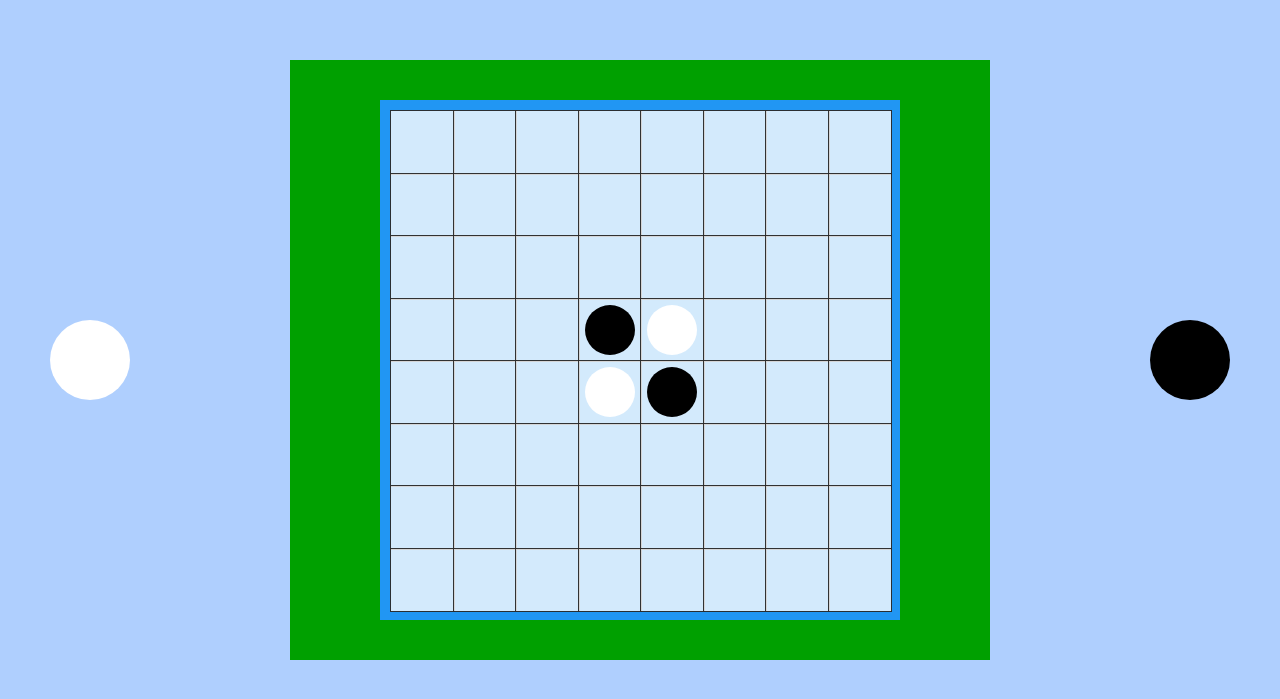
Repository: eliaoucohen72/react-reversi
Page: /
The author's editor kept a copy of each file at every save. The page is drawn from the files as they stood at one save, then again after the next save.
The browser window is 1280 px wide. The pictures show the whole page.
The project was rebuilt for these pictures with package versions that can differ from the ones it lists, and the page was loaded fresh each time. Also part of the build but not shown: vite.config.ts.

Above is the page before, as saved 2024-09-05 16:14:02.

### src/App.tsx
import { CSSProperties, useState } from "react";
import "./App.css";
import style from "./style";

type Player = "black" | "white";

// Fonction pour vérifier et retourner les pions capturés
const flipPieces = (
  board: string[],
  index: number,
  player: Player
): string[] => {
  const directions = [-1, 1, -8, 8, -9, 9, -7, 7];
  const opponent = player === "black" ? "white" : "black";
  const newBoard = [...board]; // Copier le plateau

  for (const direction of directions) {
    let i = index + direction;
    const toFlip = []; // Pions à retourner

    while (i >= 0 && i < 64 && board[i] === opponent) {
      toFlip.push(i); // Ajouter les positions des pions adverses
      i += direction;
    }

    // Si on trouve un pion du joueur à la fin de la ligne d'adversaires
    if (i >= 0 && i < 64 && board[i] === player) {
      toFlip.forEach((pos) => {
        newBoard[pos] = player; // Retourner les pions
      });
    }
  }

  return newBoard;
};

// Fonction pour vérifier si un coup est valide
const isValidMove = (
  board: string[],
  index: number,
  player: Player
): boolean => {
  if (board[index] !== "empty") return false; // La case doit être vide

  const directions = [-1, 1, -8, 8, -9, 9, -7, 7];
  const opponent = player === "black" ? "white" : "black";

  for (const direction of directions) {
    let i = index + direction;
    let foundOpponent = false;

    while (i >= 0 && i < 64 && board[i] === opponent) {
      i += direction;
      foundOpponent = true;
    }

    // Si un pion du joueur est trouvé après les pions adverses
    if (foundOpponent && i >= 0 && i < 64 && board[i] === player) {
      return true;
    }
  }

  return false;
};

function App() {
  const [currentPlayer, setCurrentPlayer] = useState<Player>("black");
  const [board, setBoard] = useState<string[]>(() => initBoard());

  // Initialiser le plateau avec les pions de départ
  function initBoard(): string[] {
    const initialBoard = Array(64).fill("empty");
    initialBoard[27] = "black";
    initialBoard[28] = "white";
    initialBoard[35] = "white";
    initialBoard[36] = "black";
    return initialBoard;
  }

  const handleClick = (i: number) => {
    if (isValidMove(board, i, currentPlayer)) {
      let newBoard = [...board];
      newBoard[i] = currentPlayer; // Placer le pion
      newBoard = flipPieces(newBoard, i, currentPlayer); // Retourner les pions
      setBoard(newBoard); // Mettre à jour le plateau

      // Passer au joueur suivant
      setCurrentPlayer(currentPlayer === "black" ? "white" : "black");
    } else {
      console.log("Coup invalide");
    }
  };

  return (
    <div style={style.wrapper as CSSProperties}>
      <div style={style.whitePlayer as CSSProperties} />
      <div style={style.blackPlayer as CSSProperties} />
      <div style={style.subWrapper as CSSProperties}>
        <div style={style.gridContainer}>
          {board.map((cell, i) => (
            <div className="item" key={i}>
              <div onClick={() => handleClick(i)} className={cell} />
            </div>
          ))}
        </div>
      </div>
    </div>
  );
}

export default App;

### src/App.css
.wrapper {
  width: 100vw;
  height: 100vh;
  background-color: #afcffe;
  position: relative;
}

.whitePlayer {
  position: absolute;
  width: 80px;
  height: 80px;
  top: 50%;
  left: 0%;
  transform: translate(0%, -50%);
  background-color: #ffffff;
  border-radius: 40px;
  margin-left: 50px;
}

.blackPlayer {
  position: absolute;
  width: 80px;
  height: 80px;
  top: 50%;
  right: 0%;
  transform: translate(0%, -50%);
  background-color: #000000;
  border-radius: 40px;
  margin-right: 50px;
}

.subWrapper {
  position: absolute;
  width: 700px;
  height: 600px;
  background-color: #00a000;
  top: 50%;
  left: 50%;
  transform: translate(-50%, -50%);
  display: flex;
  align-items: center;
  justify-content: center;
}

.grid-container {
  display: grid;
  grid-template-columns: 12.5% 12.5% 12.5% 12.5% 12.5% 12.5% 12.5% 12.5%;
  background-color: #2196f3;
  padding: 10px;
  width: 500px;
  height: 500px;
}
.item {
  background-color: rgba(255, 255, 255, 0.8);
  border: 1px solid rgba(0, 0, 0, 0.8);
  text-align: center;
  font-size: 16px;
  display: flex;
  align-items: center;
  justify-content: center;
  height: 100%;
  width: 100%;
}

.white {
  background-color: rgba(255, 255, 255);
  height: 80%;
  width: 80%;
  border-radius: 30px;
}

.black {
  background-color: rgba(0, 0, 0);
  height: 80%;
  width: 80%;
  border-radius: 30px;
}

.empty {
  height: 80%;
  width: 80%;
  border-radius: 30px;
}

### src/style.ts
const styles = {
  wrapper: {
    width: "100vw",
    height: "100vh",
    backgroundColor: "#afcffe",
    position: "relative",
  },
  whitePlayer: {
    position: "absolute",
    width: "80px",
    height: "80px",
    top: "50%",
    left: "0%",
    transform: "translate(0%, -50%)",
    backgroundColor: "#ffffff",
    borderRadius: "40px",
    marginLeft: "50px",
  },
  blackPlayer: {
    position: "absolute",
    width: "80px",
    height: "80px",
    top: "50%",
    right: "0%",
    transform: "translate(0%, -50%)",
    backgroundColor: "#000000",
    borderRadius: "40px",
    marginRight: "50px",
  },
  subWrapper: {
    position: "absolute",
    width: "700px",
    height: "600px",
    backgroundColor: "#00a000",
    top: "50%",
    left: "50%",
    transform: "translate(-50%, -50%)",
    display: "flex",
    alignItems: "center",
    justifyContent: "center",
  },
  gridContainer: {
    display: "grid",
    gridTemplateColumns: "repeat(8, 12.5%)",
    backgroundColor: "#2196f3",
    padding: "10px",
    width: "500px",
    height: "500px",
  },
  item: {
    backgroundColor: "rgba(255, 255, 255, 0.8)",
    border: "1px solid rgba(0, 0, 0, 0.8)",
    textAlign: "center",
    fontSize: "16px",
    display: "flex",
    alignItems: "center",
    justifyContent: "center",
    height: "100%",
    width: "100%",
  },
  white: {
    backgroundColor: "rgba(255, 255, 255)",
    height: "80%",
    width: "80%",
    borderRadius: "30px",
  },
  black: {
    backgroundColor: "rgba(0, 0, 0)",
    height: "80%",
    width: "80%",
    borderRadius: "30px",
  },
  empty: {
    height: "80%",
    width: "80%",
    borderRadius: "30px",
  },
};

export default styles;

Loaded but not shown: index.html (common file); src/main.tsx (common file); src/index.css (common file)

After the next save:
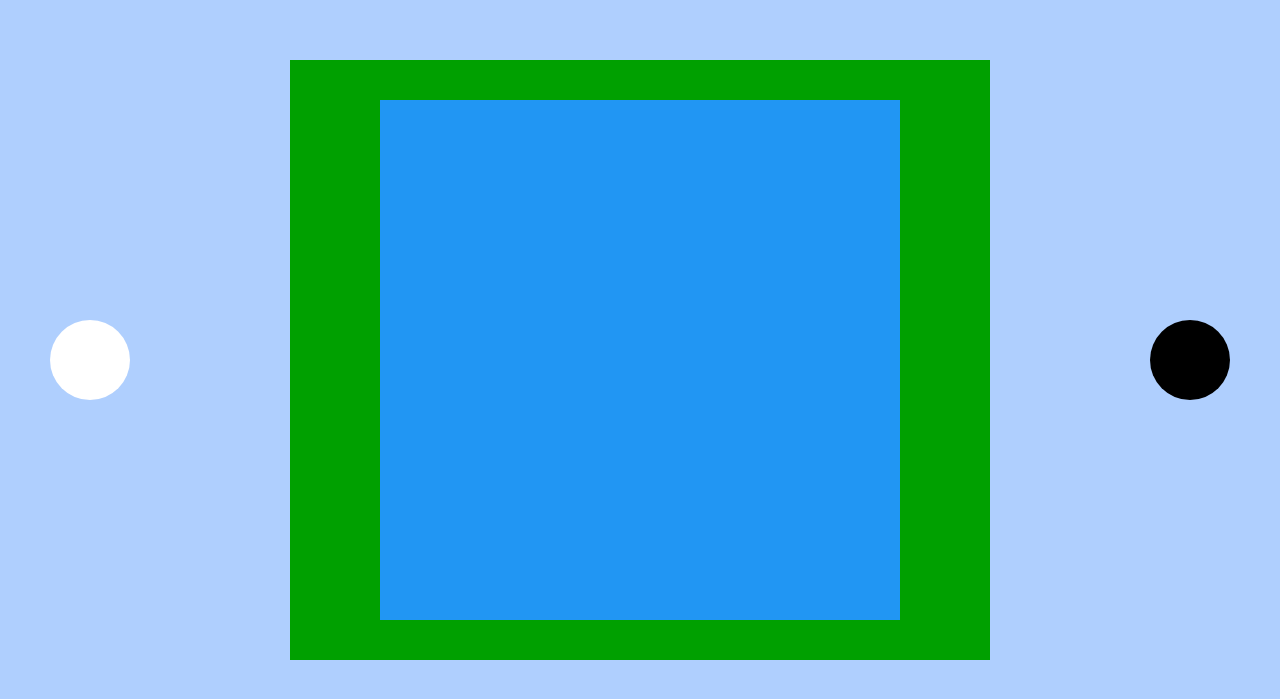
Saved 9 s later.
--- a/src/App.tsx
+++ b/src/App.tsx
@@ -1,5 +1,4 @@
 import { CSSProperties, useState } from "react";
-import "./App.css";
 import style from "./style";
 
 type Player = "black" | "white";

After the 3 saves that followed:
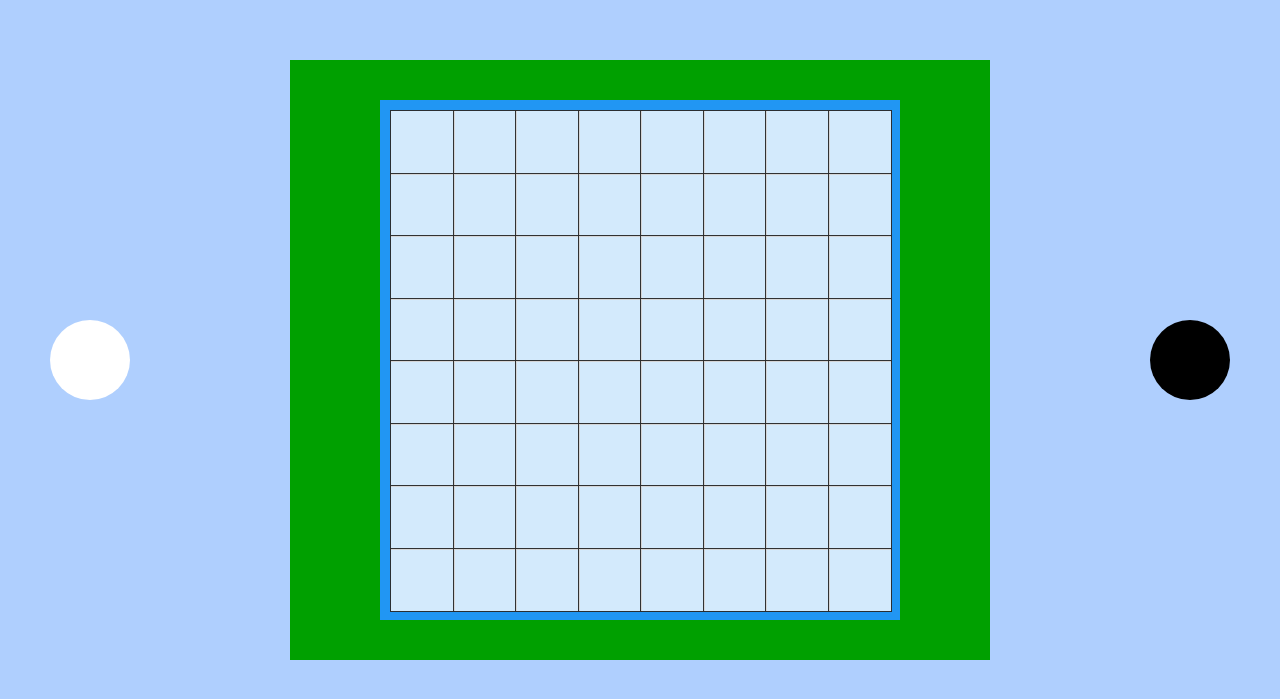
The 3 saves are shown as one change because 1 did not build or start and some came seconds apart.
The last was saved 19 s later.
--- a/src/App.tsx
+++ b/src/App.tsx
@@ -97,7 +97,7 @@
       <div style={style.subWrapper as CSSProperties}>
         <div style={style.gridContainer}>
           {board.map((cell, i) => (
-            <div className="item" key={i}>
+            <div style={style.item as CSSProperties} key={i}>
               <div onClick={() => handleClick(i)} className={cell} />
             </div>
           ))}
